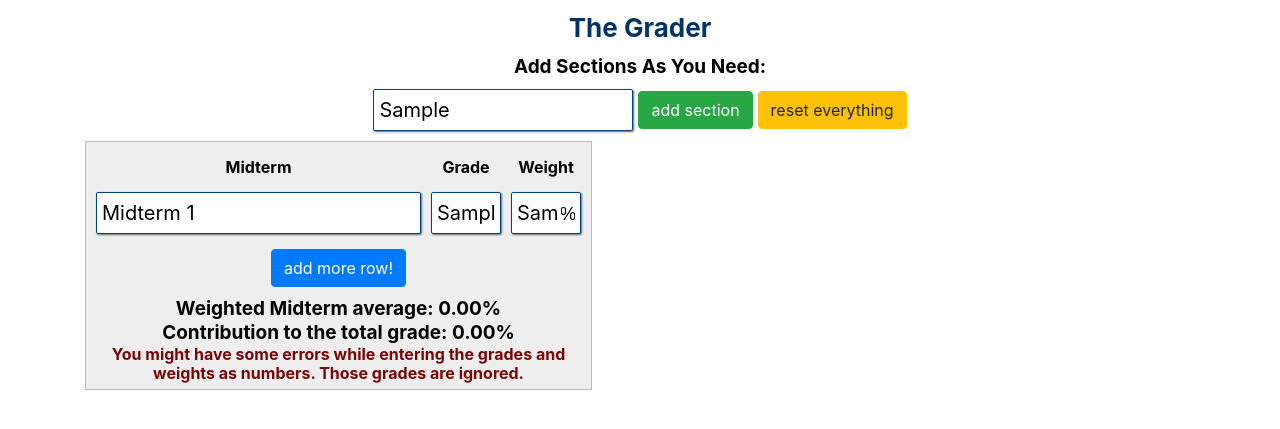
Repository: BarishNamazov/BarishNamazov.github.io
Page: thegrader/index.html
An editor plug-in stored every save of this project. The page is shown before and after the next save, followed by the edit.
The browser window is 1280 px wide. The pictures show the whole page.
Empty fields were first filled with sample values (such as "Sample", 5 or name@example.com).
After loading, the first visible `input.gradeValue` was changed once.

Above is the page before, as saved 2020-10-31 19:28:19.

After the next save:
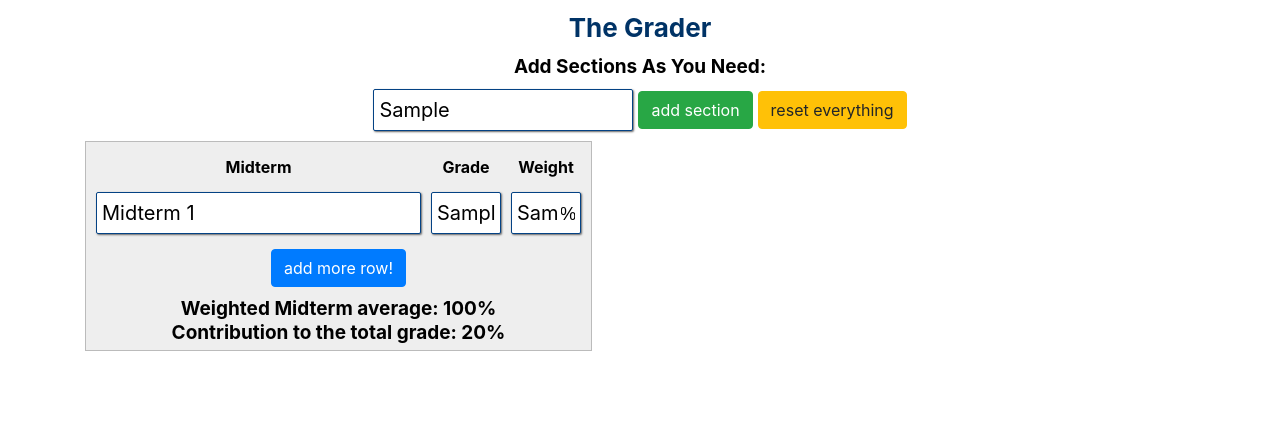
Console error: TypeError: section.$ is not a function
Saved 28 s later.
--- a/thegrader/scripts.js
+++ b/thegrader/scripts.js
@@ -54,7 +54,7 @@
   var section = $(this).parents(".gradePanel");
   var grades = section.find(".gradeValue"), weights = section.find(".gradeWeight");
   var contribution = 0.0, failSafe = 0, weightSum = 0.0, sectionAverage = 0.0;
-  section.find("input").attr("placeholder", "");
+  section.$("input").attr("placeholder", "");
   for (var i = 0; i < grades.length; i++) {
     if (Number(grades[i].value) && Number(weights[i].value)) {
       weightSum += Number(weights[i].value);

After the save that followed:
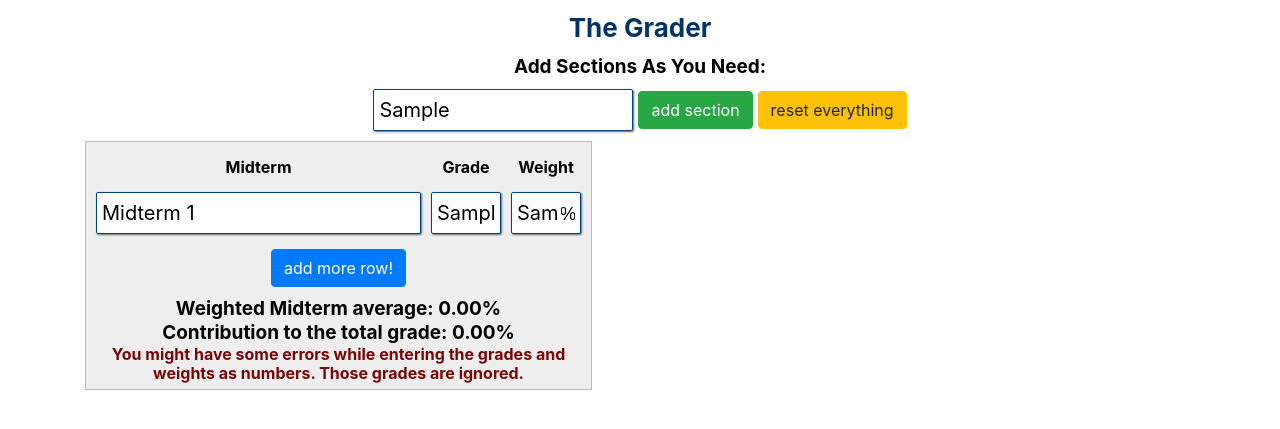
The error is gone.
Saved 8 s later.
--- a/thegrader/scripts.js
+++ b/thegrader/scripts.js
@@ -54,7 +54,7 @@
   var section = $(this).parents(".gradePanel");
   var grades = section.find(".gradeValue"), weights = section.find(".gradeWeight");
   var contribution = 0.0, failSafe = 0, weightSum = 0.0, sectionAverage = 0.0;
-  section.$("input").attr("placeholder", "");
+  section.find("input").attr("placeholder", "");
   for (var i = 0; i < grades.length; i++) {
     if (Number(grades[i].value) && Number(weights[i].value)) {
       weightSum += Number(weights[i].value);
